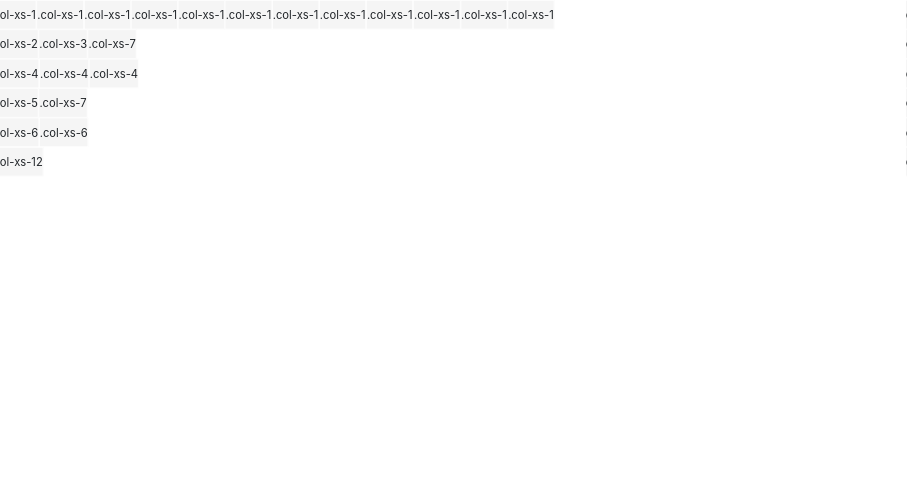
Repository: ivankovaa/HelloWorld
Page: lab5/index.html
The author's editor kept a record of every edit. The page is drawn from the files as they stood at one moment, then again after the next edit.
The browser window is 1280 px wide. The page is 1295 px wide, so the pictures cover 1295 px, including what lies to the right of the window. The pictures show the part of the page from y = 0 to 1880 px (the page is 720 px tall before and 3979 px after), at 70% of full size.

Above is the page before.

After the next edit:
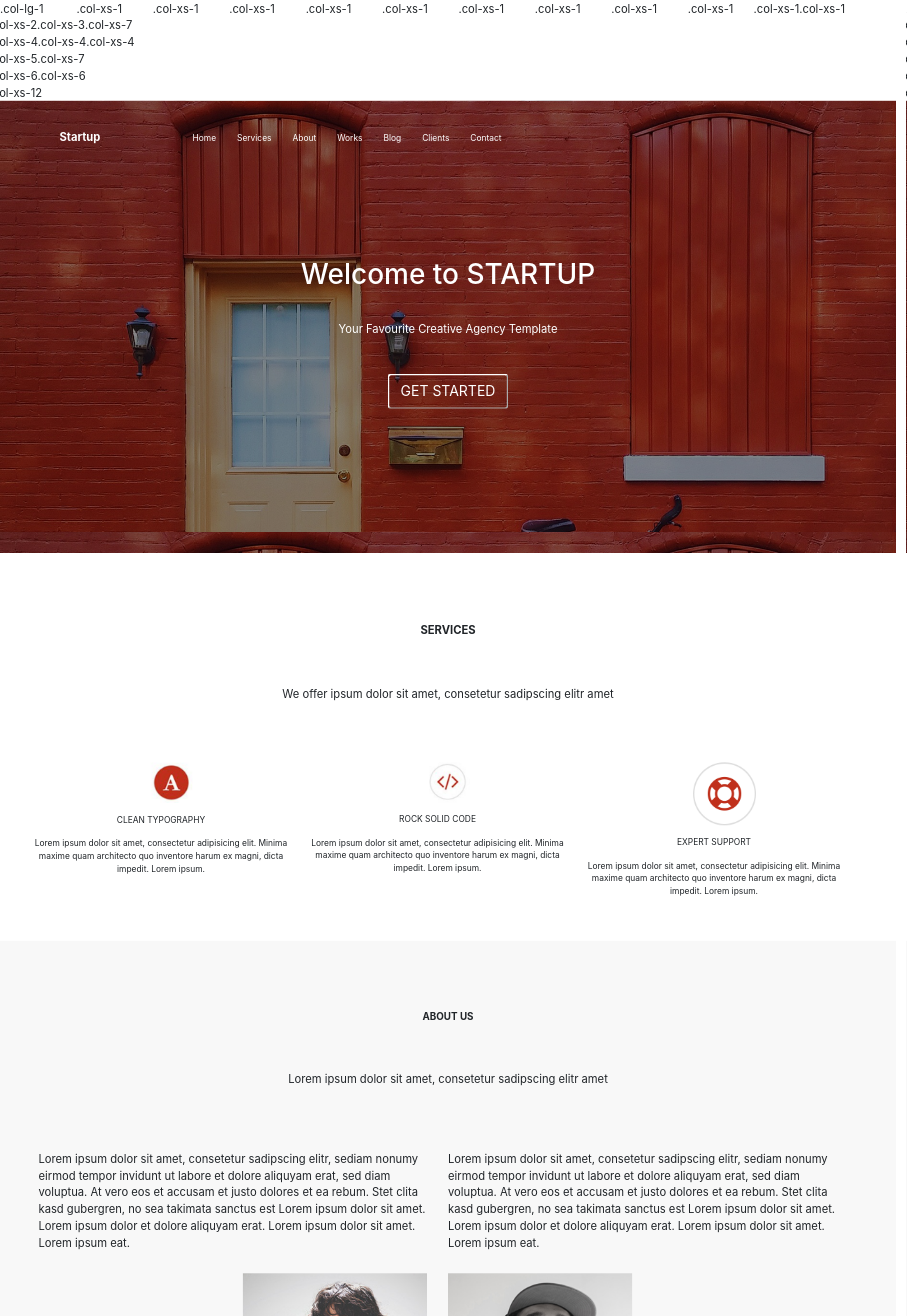
The edit:
--- a/lab5/index.html
+++ b/lab5/index.html
@@ -14,19 +14,19 @@
 
 </head>
 <body>
-    <div class="bs-example">
+        <div class="bs-example">
 	<!-- Bootstrap Grid -->
 	<div class="row">
-	  <div class="col-xs-1">.col-xs-1</div>
-	  <div class="col-xs-1">.col-xs-1</div>
-	  <div class="col-xs-1">.col-xs-1</div>
-	  <div class="col-xs-1">.col-xs-1</div>
-	  <div class="col-xs-1">.col-xs-1</div>
-	  <div class="col-xs-1">.col-xs-1</div>
-	  <div class="col-xs-1">.col-xs-1</div>
-	  <div class="col-xs-1">.col-xs-1</div>
-	  <div class="col-xs-1">.col-xs-1</div>
-	  <div class="col-xs-1">.col-xs-1</div>
+	  <div class="col-lg-1">.col-lg-1</div>
+	  <div class="col-lg-1">.col-xs-1</div>
+	  <div class="col-lg-1">.col-xs-1</div>
+	  <div class="col-lg-1">.col-xs-1</div>
+	  <div class="col-lg-1">.col-xs-1</div>
+	  <div class="col-lg-1">.col-xs-1</div>
+	  <div class="col-lg-1">.col-xs-1</div>
+	  <div class="col-lg-1">.col-xs-1</div>
+	  <div class="col-lg-1">.col-xs-1</div>
+	  <div class="col-lg-1">.col-xs-1</div>
 	  <div class="col-xs-1">.col-xs-1</div>
 	  <div class="col-xs-1">.col-xs-1</div>
 	</div>
@@ -53,15 +53,6 @@
 	</div>
 </div>
 
-<!-- Стили, которые использовали чтобы увидеть сетку -->
-<style scoped>
-.bs-example  div[class^="col"] {
-	border: 1px solid white;
-	background: #f5f5f5;
-	text-align: center;
-	padding-top: 8px;
-	padding-bottom: 8px;
-	}
 
   <header class = "head">
     <div class = "container">
